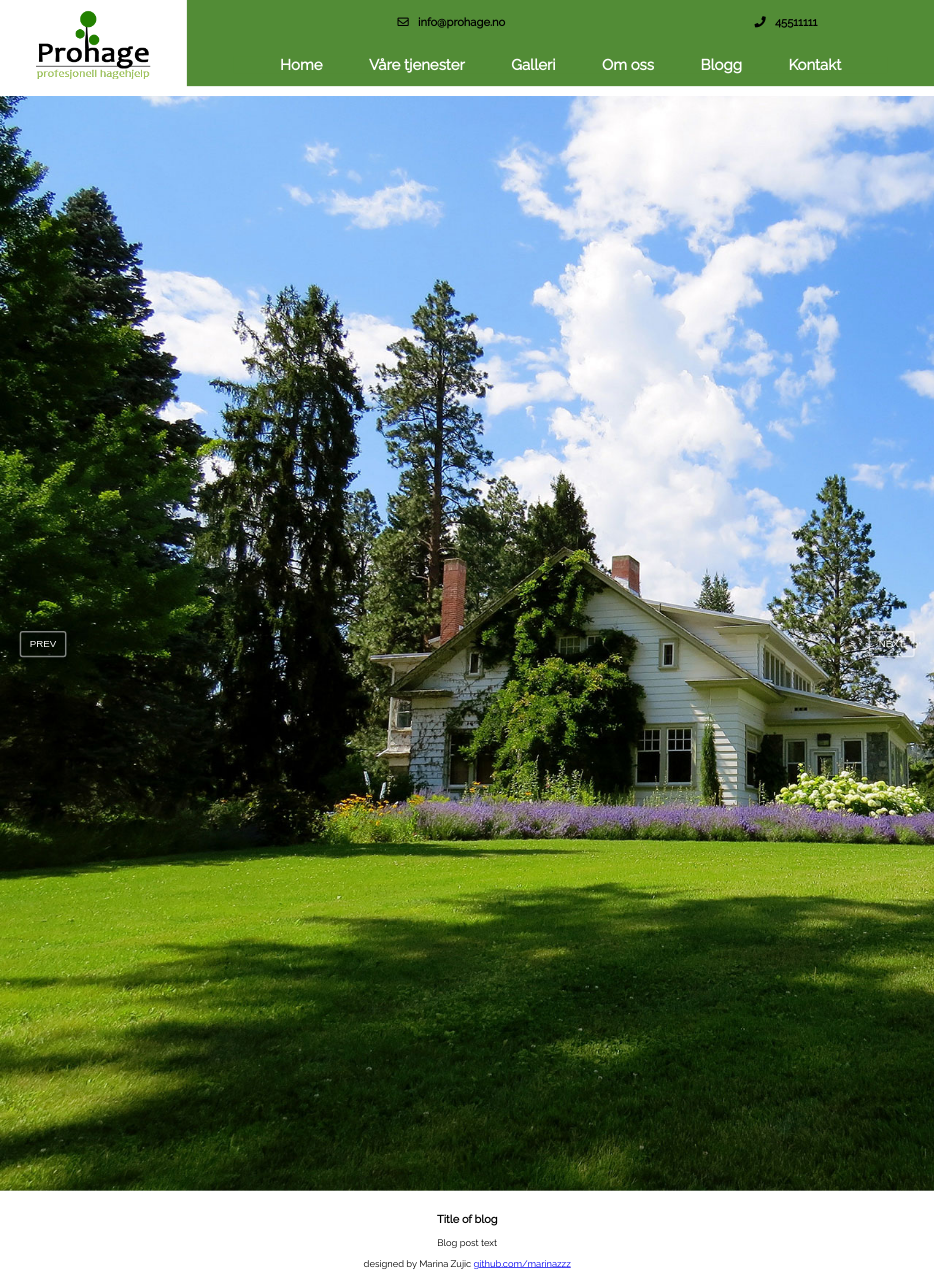
Repository: marinazzz/garden-design-website
Page: Garden design website/index.html
These files come from the project's save history. The page is drawn as it stood at one moment and after the next save; the edit follows.
The browser window is 1280 px wide. The pictures show the whole page, at 73% of full size.

Above is the page before, as saved 2020-03-28 13:12:23.

After the next save:
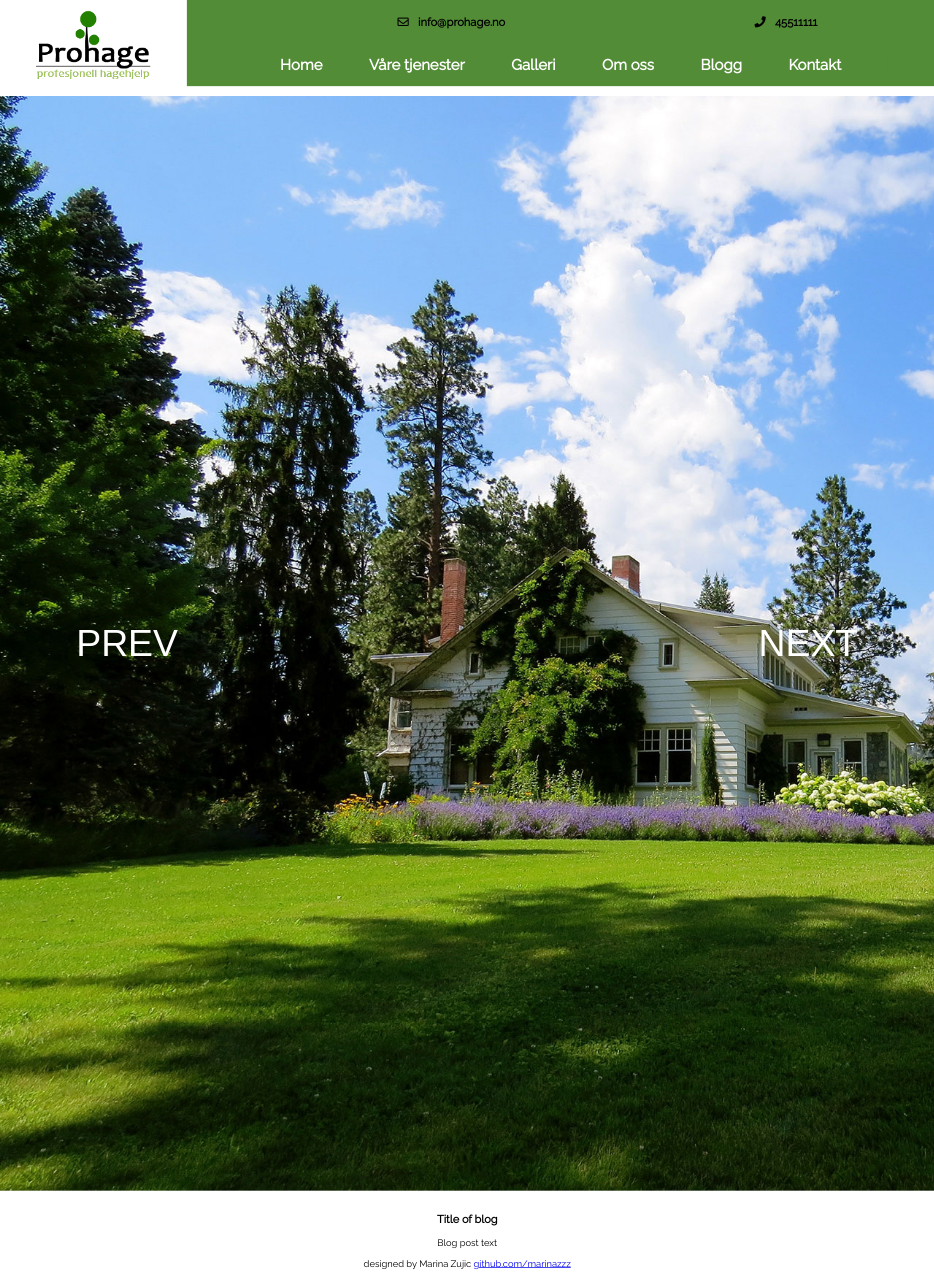
Saved 15 s later.
--- a/Garden design website/CSS/style.css
+++ b/Garden design website/CSS/style.css
@@ -157,7 +157,7 @@ body {
 }
 
 /* GLIDE SLIDER CSS OVERRIDES */
-.main-photo .glide__arrow  {
+#main-photo .glide__arrow  {
   font-size: 4rem;
   padding: 0;
   border-color: transparent;
@@ -167,7 +167,7 @@ body {
   transition: all 200ms ease-in-out;
 }
 
-.main-photo .glide__arrow:hover {
+#main-photo .glide__arrow:hover {
   border-color: #252525;
   color: #252525;
 }
